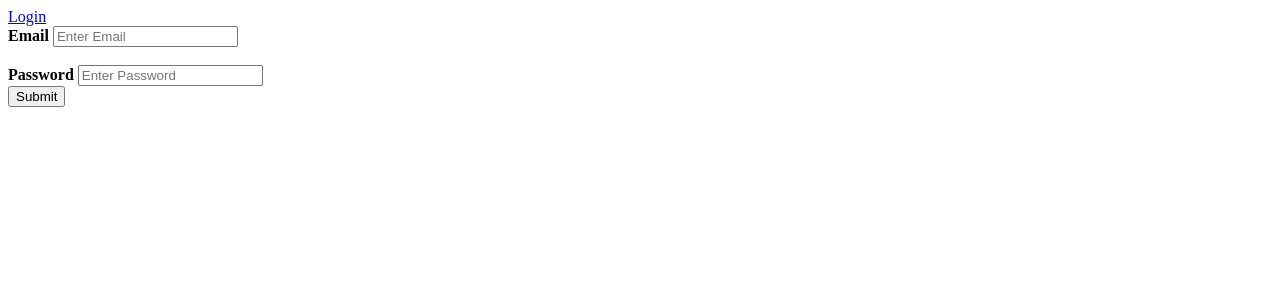
Repository: jagdishpatil18/JavaAdv
Page: LoginServlet/WebContent/login.html
The author's editor kept a copy of each file at every save. The page is drawn from the files as they stood at one save, then again after the next save.
The browser window is 1280 px wide. The pictures show the whole page.

Above is the page before, as saved 2017-04-26 07:54:28.

### LoginServlet/WebContent/login.html
<!DOCTYPE html>
<html>
<head>
<meta charset="UTF-8">
<title>Login Page</title>
</head>
<body>
<form action=""/loginServlet"" method="post">
<label><a href="signup.html">Login</a></label>
<div class="container">
<label><b>Email</b></label>
<input type="text" placeholder="Enter Email"><br></br>
<label><b>Password</b></label>
<input type="password" placeholder="Enter Password">
</div>
<button type="submit">Submit</button>
</form>
</body>
</html>

After the next save:
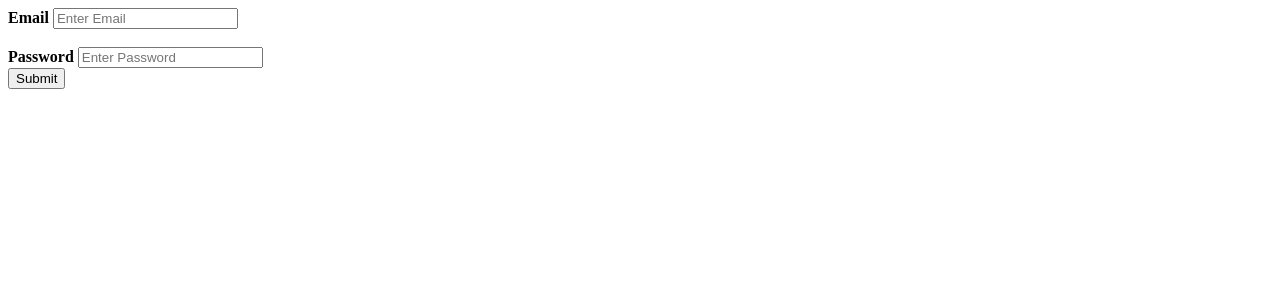
Saved 71 s later.
--- a/LoginServlet/WebContent/login.html
+++ b/LoginServlet/WebContent/login.html
@@ -6,7 +6,7 @@
 </head>
 <body>
 <form action=""/loginServlet"" method="post">
-<label><a href="signup.html">Login</a></label>
+<!-- <label><a href="signup.html">Login</a></label> -->
 <div class="container">
 <label><b>Email</b></label>
 <input type="text" placeholder="Enter Email"><br></br>
